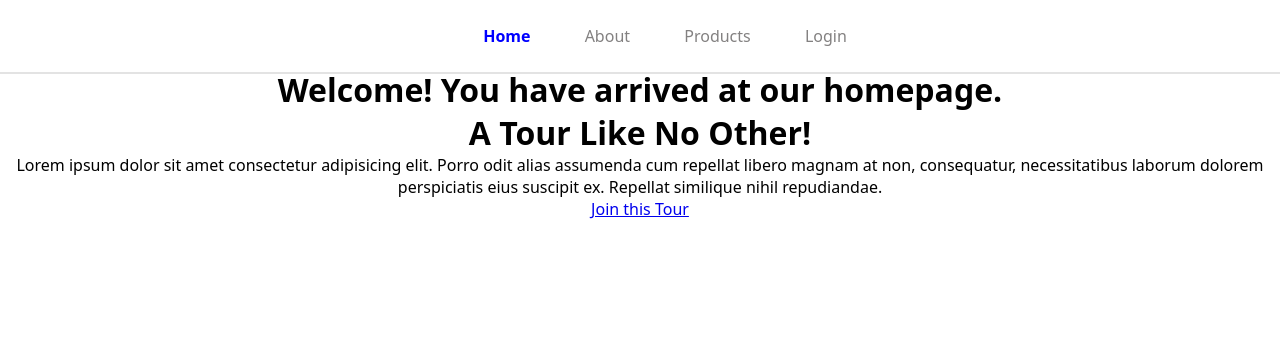
Repository: Yeyolive/WebDev_Collab_2025
Page: Basic_Projects/Basic-Website/index.html
An editor plug-in stored every save of this project. The page is shown before and after the next save, followed by the edit.
The browser window is 1280 px wide. The pictures show the whole page.

Above is the page before, as saved 2025-11-02 20:05:20.

After the next save:
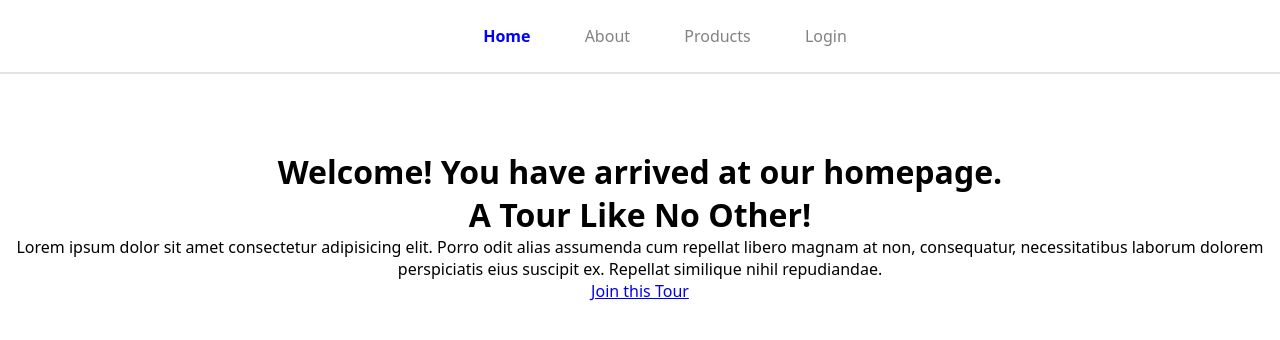
Saved 17 s later.
--- a/Basic_Projects/Basic-Website/styles.css
+++ b/Basic_Projects/Basic-Website/styles.css
@@ -34,5 +34,5 @@ nav a.active {
 }
 
 header {
-  padding-top: calc(50px + 1rem + 2px);
+  padding-top: 150px;
 }
